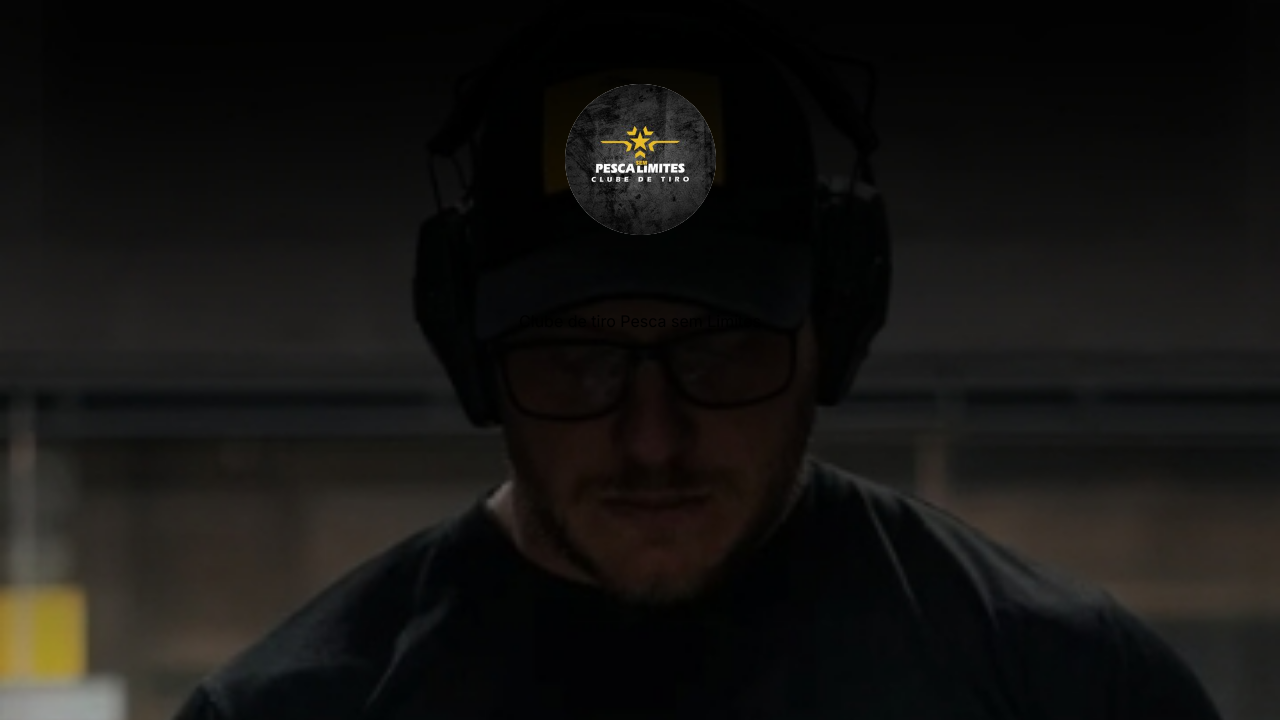
Repository: Fr4nc021/LinkPages-PescasemLimites
Page: index.html
The author's editor kept a copy of each file at every save. The page is drawn from the files as they stood at one save, then again after the next save.
The browser window is 1280 px wide. The pictures show the whole page.

Above is the page before, as saved 2025-02-27 21:59:00.

### index.html
<!DOCTYPE html>
<html lang="pt-br">
<head>
    <link rel="preconnect" href="https://fonts.googleapis.com" />
    <link rel="preconnect" href="https://fonts.gstatic.com" crossorigin
    />
    <link
    href="https://fonts.googleapis.com/css2?family=Inter:ital,opsz,wght@0,14..32,100..900;1,14..32,100..900&display=swap" rel="stylesheet"
    />
    <link rel="stylesheet" href="style.css">
    <meta charset="UTF-8">
    <meta name="viewport" content="width=device-width, initial-scale=1.0">
    <title>LinkPage</title>
</head>
<body>
    <div id="profile">
        <img src="./midia/logo_clube_de_tiro.jpg"
        alt="Logo Pesca sem Limites Clube de tiro">
        <p>Clube de tiro Pesca sem Limites</p>
    </div>

</body>
</html>

### style.css
body * {
    font-family: "Inter", sans-serif;
}

body {
    background: url(./midia/Foto_fundo_mobile.jpg) no-repeat center center/cover;
    height: 100vh; /* Garante que o body ocupe 100% da altura da tela */
    margin: 0; /* Remove margens padrão */
    padding: 0; /* Remove padding padrão */
}
#profile img {
    width: 151px;
    display: block;
    margin: auto;
    padding: 60px;
    border-radius: 50%;
}

#profile {
    text-align: center;
    padding: 24px;
}

After the next save:
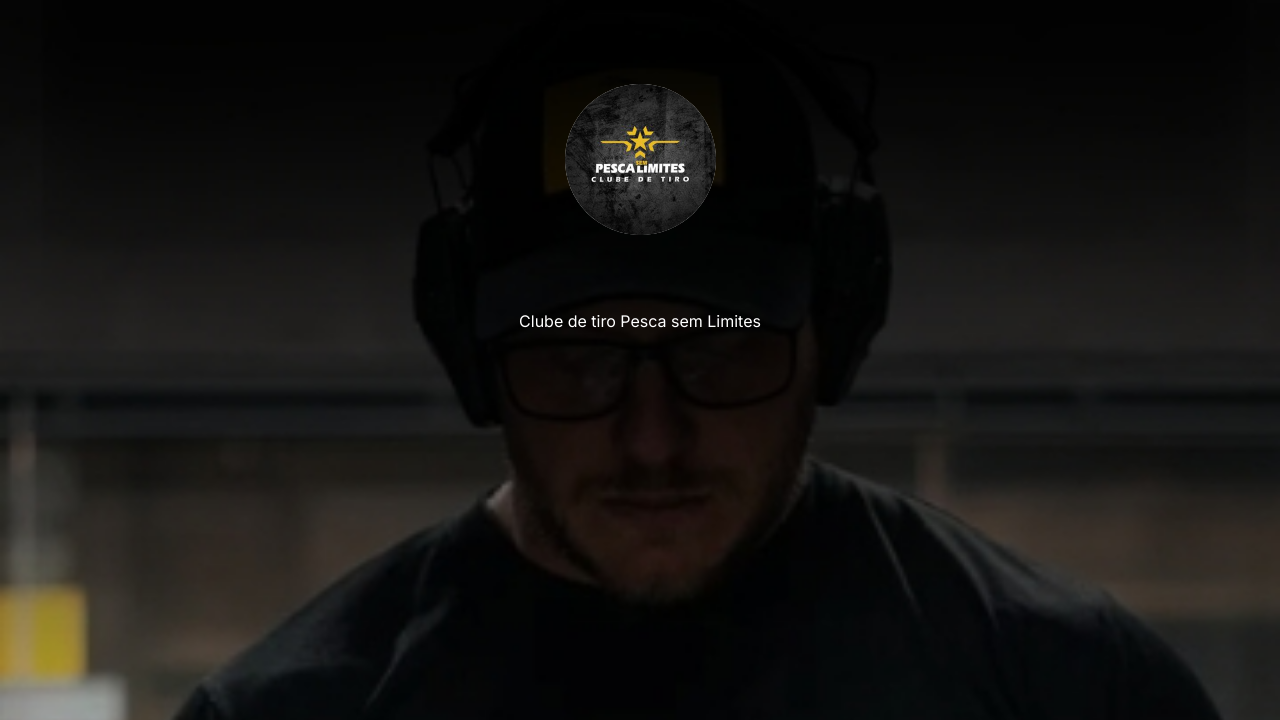
Saved 14 s later.
--- a/style.css
+++ b/style.css
@@ -1,5 +1,6 @@
 body * {
     font-family: "Inter", sans-serif;
+    color: rgb(255, 255, 255);
 }
 
 body {
